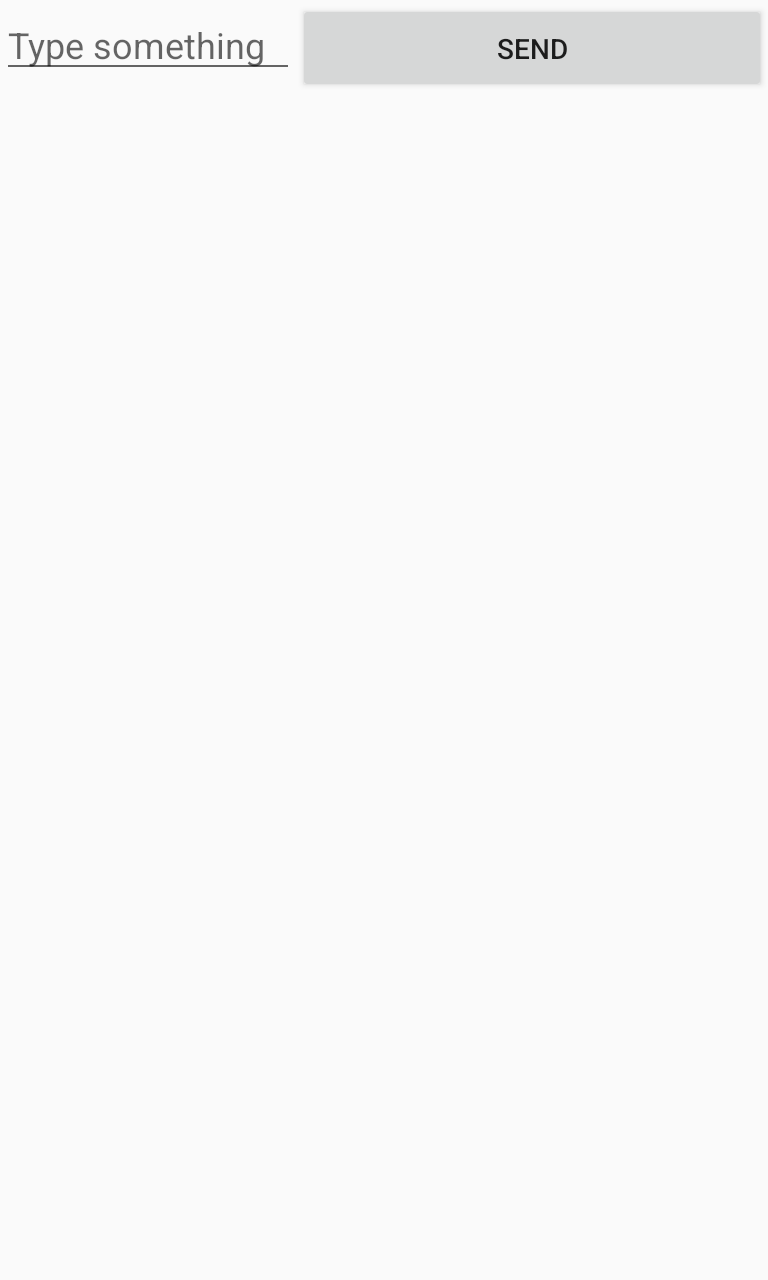
Repository: guyuzhilian/Programs
Layout: Android/UILayoutTest/res/layout/activity_main.xml
The author's editor kept a copy of each file at every save. The layout is drawn from the files as they stood at one save, then again after a run of saves.
It is drawn on a 768 x 1280 px phone screen (xhdpi) without system bars, with theme AppTheme; the app's code is not run.

Above is the layout before, as saved 2015-06-25 08:31:21.

### Android/UILayoutTest/res/layout/activity_main.xml
<LinearLayout xmlns:android="http://schemas.android.com/apk/res/android"
    android:layout_width="match_parent"
    android:layout_height="match_parent"
    android:orientation="horizontal" >

    <EditText
        android:id="@+id/input_message"
        android:layout_width="0dp"
        android:layout_height="wrap_content"
        android:layout_weight="1"
        android:hint="Type something"
        />

    <Button
        android:id="@+id/send"
        android:layout_width="wrap_content"
        android:layout_height="wrap_content"
        android:layout_weight="1"
        android:text="Send"
        />
</LinearLayout>

Loaded but not shown: Android/UILayoutTest/res/values/styles.xml (common file); Android/UILayoutTest/res/values-v11/styles.xml (common file); Android/UILayoutTest/res/values-v14/styles.xml (common file)

After the next 2 saves:
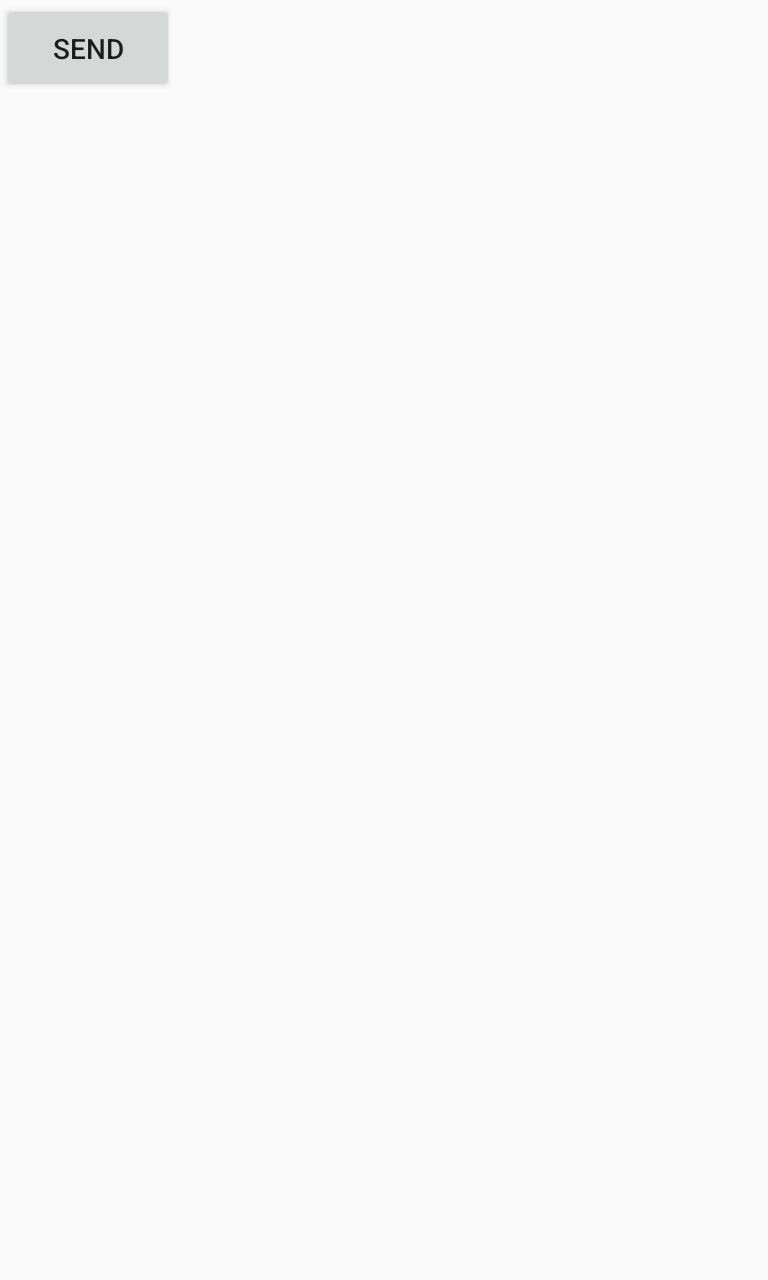
The 2 saves are shown as one change because they came seconds apart.
The last was saved 2 min 28 s later.
--- a/Android/UILayoutTest/res/layout/activity_main.xml
+++ b/Android/UILayoutTest/res/layout/activity_main.xml
@@ -1,4 +1,4 @@
-<LinearLayout xmlns:android="http://schemas.android.com/apk/res/android"
+<RelativeLayout xmlns:android="http://schemas.android.com/apk/res/android"
     android:layout_width="match_parent"
     android:layout_height="match_parent"
     android:orientation="horizontal" >
@@ -18,4 +18,4 @@
         android:layout_weight="1"
         android:text="Send"
         />
-</LinearLayout>
+</RelativeLayout>
